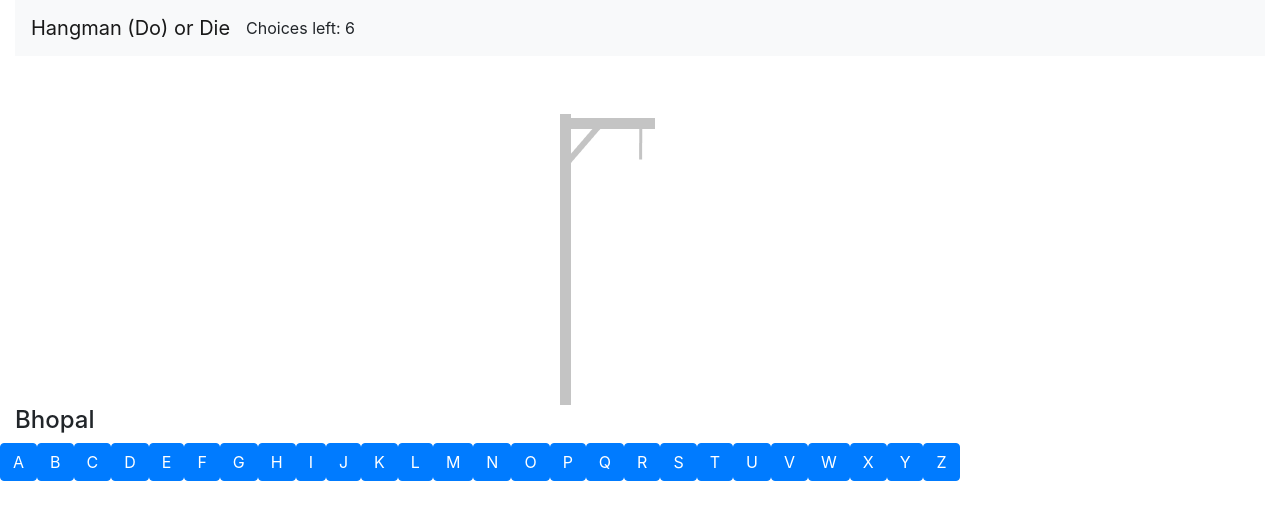
Repository: jatinhchanchlani/hangman
Page: /
An editor plug-in stored every save of this project. The page is shown before and after a run of saves, followed by the edit.
The browser window is 1280 px wide. The pictures show the whole page.
The project was rebuilt for these pictures with package versions that can differ from the ones it lists, and the page was loaded fresh each time. Also part of the build but not shown: src/App.css.

Above is the page before, as saved 2020-10-17 16:36:40.

After the next 2 saves:
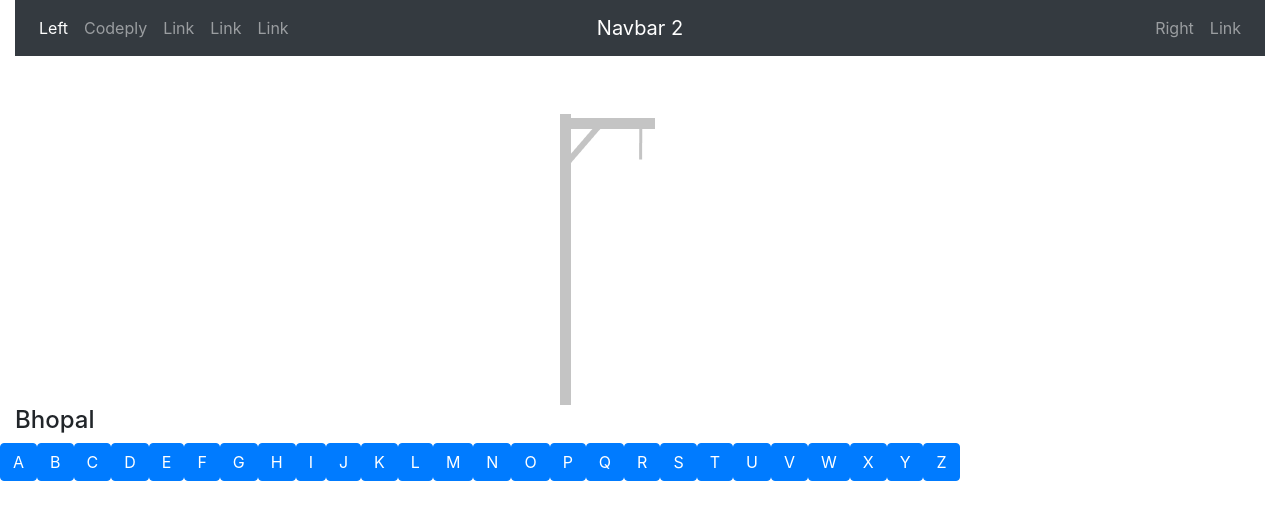
The 2 saves are shown as one change because 1 did not build or start.
The last was saved 15 s later.
--- a/src/components/header.jsx
+++ b/src/components/header.jsx
@@ -3,76 +3,65 @@
 class Header extends Component {
   render() {
     return (
-      <nav class="navbar navbar-expand-lg navbar-light bg-light">
-        <div class="navbar-brand" href="#">
-          Hangman (Do) or Die
+      <nav class="navbar navbar-expand-md navbar-dark bg-dark">
+        <div class="navbar-collapse collapse w-100 order-1 order-md-0 dual-collapse2">
+          <ul class="navbar-nav mr-auto">
+            <li class="nav-item active">
+              <a class="nav-link" href="#">
+                Left
+              </a>
+            </li>
+            <li class="nav-item">
+              <a class="nav-link" href="//codeply.com">
+                Codeply
+              </a>
+            </li>
+            <li class="nav-item">
+              <a class="nav-link" href="#">
+                Link
+              </a>
+            </li>
+            <li class="nav-item">
+              <a class="nav-link" href="#">
+                Link
+              </a>
+            </li>
+            <li class="nav-item">
+              <a class="nav-link" href="#">
+                Link
+              </a>
+            </li>
+          </ul>
         </div>
-        <div class="collapse navbar-collapse" id="navbarSupportedContent">
-          <span class="form-inline my-2 my-lg-0">
-            Choices left: {this.props.choicesLeft}
-          </span>
+        <div class="mx-auto order-0">
+          <a class="navbar-brand mx-auto" href="#">
+            Navbar 2
+          </a>
+          <button
+            class="navbar-toggler"
+            type="button"
+            data-toggle="collapse"
+            data-target=".dual-collapse2"
+          >
+            <span class="navbar-toggler-icon"></span>
+          </button>
+        </div>
+        <div class="navbar-collapse collapse w-100 order-3 dual-collapse2">
+          <ul class="navbar-nav ml-auto">
+            <li class="nav-item">
+              <a class="nav-link" href="#">
+                Right
+              </a>
+            </li>
+            <li class="nav-item">
+              <a class="nav-link" href="#">
+                Link
+              </a>
+            </li>
+          </ul>
         </div>
       </nav>
     );
-
-    <nav class="navbar navbar-expand-md navbar-dark bg-dark">
-      <div class="navbar-collapse collapse w-100 order-1 order-md-0 dual-collapse2">
-        <ul class="navbar-nav mr-auto">
-          <li class="nav-item active">
-            <a class="nav-link" href="#">
-              Left
-            </a>
-          </li>
-          <li class="nav-item">
-            <a class="nav-link" href="//codeply.com">
-              Codeply
-            </a>
-          </li>
-          <li class="nav-item">
-            <a class="nav-link" href="#">
-              Link
-            </a>
-          </li>
-          <li class="nav-item">
-            <a class="nav-link" href="#">
-              Link
-            </a>
-          </li>
-          <li class="nav-item">
-            <a class="nav-link" href="#">
-              Link
-            </a>
-          </li>
-        </ul>
-      </div>
-      <div class="mx-auto order-0">
-        <a class="navbar-brand mx-auto" href="#">
-          Navbar 2
-        </a>
-        <button
-          class="navbar-toggler"
-          type="button"
-          data-toggle="collapse"
-          data-target=".dual-collapse2"
-        >
-          <span class="navbar-toggler-icon"></span>
-        </button>
-      </div>
-      <div class="navbar-collapse collapse w-100 order-3 dual-collapse2">
-        <ul class="navbar-nav ml-auto">
-          <li class="nav-item">
-            <a class="nav-link" href="#">
-              Right
-            </a>
-          </li>
-          <li class="nav-item">
-            <a class="nav-link" href="#">
-              Link
-            </a>
-          </li>
-        </ul>
-      </div>
-    </nav>;
   }
 }
 
